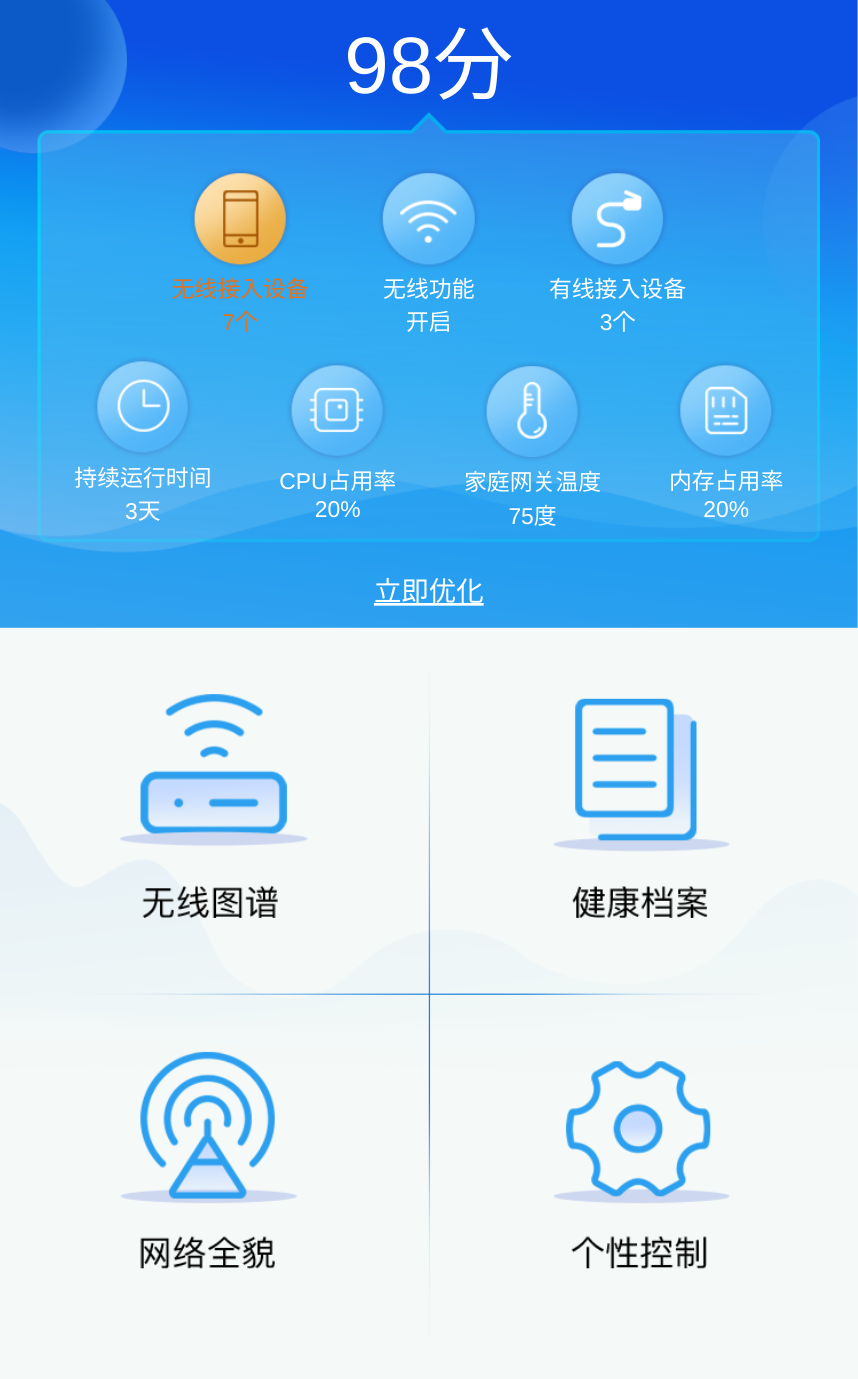
Repository: wangbiaozy/8.24
Page: index.html
An editor plug-in stored every save of this project. The page is shown before and after the next save, followed by the edit.
The browser window is 1280 px wide. The pictures show the whole page, at 67% of full size.

Above is the page before, as saved 2018-08-22 11:23:38.

### index.html
<!DOCTYPE html>
<html lang="en">
<head>
    <meta charset="UTF-8">
    <meta name="viewport"
          content="width=device-width, user-scalable=no, initial-scale=1.0, maximum-scale=1.0, minimum-scale=1.0">
    <title>Title</title>
    <link rel="stylesheet" href="css/reset.min.css">
    <link rel="stylesheet/less" href="css/styles.less">
    <script src="js/less-1.7.0.min.js"></script>
</head>
<body>
    <header>
        <div class="before">
            <a id="beforeBtn" href="javascript:void(0)"></a>
            <p>您的家庭网络已经<span>365</span>天没有体检了</p>
        </div>
        <div class="check">
            <div class="circle">
                <div class="progress">
                    <p><span>75</span>%</p>
                </div>
            </div>
            <ul class="message move">
                <li>测量设备温度</li>
                <li>获取CPU占用率</li>
                <li>检查无线模块是否开启</li>
            </ul>
            <div class="date">
                <p>已用时间</p>
                <p id="timeText">00:00:10</p>
            </div>
        </div>
        <div class="result">
            <p><span>98</span>分</p>
            <div>
                <ul>
                    <li class="act">
                        <span></span>
                        <p>无线接入设备</p>
                        <p>7个</p>
                    </li>
                    <li>
                        <span></span>
                        <p>无线功能</p>
                        <p>开启</p>
                    </li>
                    <li>
                        <span></span>
                        <p>有线接入设备</p>
                        <p>3个</p>
                    </li>
                </ul>
                <ul>
                    <li>
                        <span></span>
                        <p>持续运行时间</p>
                        <p>3天</p>
                    </li>
                    <li>
                        <span></span>
                        <p>CPU占用率</p>
                        <p>20%</p>
                    </li>
                    <li>
                        <span></span>
                        <p>家庭网关温度</p>
                        <p>75度</p>
                    </li>
                    <li>
                        <span></span>
                        <p>内存占用率</p>
                        <p>20%</p>
                    </li>
                </ul>
            </div>
            <p><a href="">立即优化</a></p>
        </div>
    </header>
    <section>
        <ul>
            <li>
                <a href=""></a>
            </li>
            <li>
                <a href=""></a>
            </li>
            <li>
                <a href=""></a>
            </li>
            <li>
                <a href=""></a>
            </li>
        </ul>
    </section>
</body>
</html>
<script src="js/jquery-1.10.1.min.js"></script>
<script src="js/circle-progress.min.js"></script>
<script src="js/index.js"></script>

### css/reset.min.css
@charset "utf-8";
/*默认样式清除和初始化*/
body,h1,h2,h3,h4,h5,h6,hr,p,blockquote,dl,dt,dd,ul,ol,li,button,input,textarea,th,td{margin:0;padding:0}body{font-size:12px;font-style:normal;font-family:"\5FAE\8F6F\96C5\9ED1",Helvetica,sans-serif}small{font-size:12px}h1{font-size:18px}h2{font-size:16px}h3{font-size:14px}h4,h5,h6{font-size:100%}ul,ol{list-style:none}a{text-decoration:none;background-color:transparent}a:hover,a:active{outline-width:0;text-decoration:none}table{border-collapse:collapse;border-spacing:0}hr{border:0;height:1px}img{border-style:none}img:not([src]){display:none}svg:not(:root){overflow:hidden}html{-webkit-touch-callout:none;-webkit-text-size-adjust:100%}input,textarea,button,a{-webkit-tap-highlight-color:rgba(0,0,0,0)}article,aside,details,figcaption,figure,footer,header,main,menu,nav,section,summary{display:block}audio,canvas,progress,video{display:inline-block}audio:not([controls]),video:not([controls]){display:none;height:0}progress{vertical-align:baseline}mark{background-color:#ff0;color:#000}sub,sup{position:relative;font-size:75%;line-height:0;vertical-align:baseline}sub{bottom:-0.25em}sup{top:-0.5em}button,input,select,textarea{font-size:100%;outline:0}button,input{overflow:visible}button,select{text-transform:none}textarea{overflow:auto}button,html [type="button"],[type="reset"],[type="submit"]{-webkit-appearance:button}button::-moz-focus-inner,[type="button"]::-moz-focus-inner,[type="reset"]::-moz-focus-inner,[type="submit"]::-moz-focus-inner{border-style:none;padding:0}button:-moz-focusring,[type="button"]:-moz-focusring,[type="reset"]:-moz-focusring,[type="submit"]:-moz-focusring{outline:1px dotted ButtonText}[type="checkbox"],[type="radio"]{box-sizing:border-box;padding:0}[type="number"]::-webkit-inner-spin-button,[type="number"]::-webkit-outer-spin-button{height:auto}[type="search"]{-webkit-appearance:textfield;outline-offset:-2px}[type="search"]::-webkit-search-cancel-button,[type="search"]::-webkit-search-decoration{-webkit-appearance:none}::-webkit-input-placeholder{color:inherit;opacity:.54}::-webkit-file-upload-button{-webkit-appearance:button;font:inherit}.clear:after{display:block;height:0;content:"";clear:both}
*{ -webkit-tap-highlight-color: rgba(0,0,0,0);-webkit-tap-highlight-color: transparent; /* For some Androids */ }

### js/index.js
(function (doc, win) {
    var docEl = doc.documentElement,
        resizeEvt = 'orientationchange' in window ? 'orientationchange' : 'resize',
        recalc = function () {
            var clientWidth = docEl.clientWidth;
            if (!clientWidth) return;
            docEl.style.fontSize = 100 * (clientWidth / 750) + 'px';
        };
    if (!doc.addEventListener) return;
    win.addEventListener(resizeEvt, recalc, false);
    doc.addEventListener('DOMContentLoaded', recalc, false);
})(document, window);
$(function () {

    //一键体检
    $('#beforeBtn').on('click',function(){
        $('.before').hide();
        $('.check').show();
        $('.progress').circleProgress({
            value: 1,
            size: 115,
            startAngle: Math.PI/2,
            thickness: 14,
            animation: {duration:12000},//进度条完成时间（ms）
            fill: {
                gradient: ["#32edfd"]
            },
            //circle-animation-start：	function(event)-event - jQ事件
            //circle-animation-progress：	function(event, animationProgress, stepValue)：-event - jQ事件 animationProgress - 从0.0到1.0stepValue - 当前的步长值，从0.0到value
            //circle-animation-end:	function(event)：-event - jQ事件
        }).on('circle-animation-progress', function (event, progress, stepValue) {
                $(this).find('span').html(parseInt(stepValue.toFixed(2) * 100));
        }).on('circle-animation-end',function(){
            $('.message').removeClass('move');
            stop();
            $('.check').hide();
            $('.result').show();
        });
        start();
        messageMove();
    });


    //检查项滚动
    var messageInnerText = '1111';
    function messageScroll(){
        $('.message').children('li:first-child').remove();
        $('.message').append('<li>'+messageInnerText+'</li>');
        if(!$('.message').hasClass('move')){
            window.clearInterval(timer);
        }
    }
    function messageMove(){
        timer = window.setInterval(messageScroll,500);
    }


    //检测时间
    var hour,minute,second;
    hour=minute=second=0;
    var millisecond=0;
    var int;
    function start(){
        int=setInterval(times,50);
    }
    function times(){
        millisecond=millisecond+50;
        if(millisecond>=1000){
            millisecond=0;
            second=second+1;
        }
        if(second>=60){
            second=0;
            minute=minute+1;
        }

        if(minute>=60){
            minute=0;
            hour=hour+1;
        }
      $('#timeText').text((hour<10?"0"+hour:hour)+':'+(minute<10?"0"+minute:minute)+':'+(second<10?"0"+second:second));
    }
    function stop(){
        window.clearInterval(int);
    }


    //查看详细清单下拉
    $('.arrow').on('click',function(){
        var $this = $(this),
            $listBox = $(this).siblings('div');
        $listBox.slideToggle("normal",function(){
            if($listBox.css('display') === 'block'){
                $this.addClass('act');
                $this.siblings('p').css('opacity','0');
            }else{
                $this.removeClass('act');
                $this.siblings('p').css('opacity','1');
            }
        });
    });



    //网关重启 WIFI开关 LED指示灯开关 查看黑名单
    $('#controlBox').on('click','a',function(){
        var $this = $(this);
        if($this.hasClass('off')){
            $this.removeClass('off');
        }else{
            $this.addClass('off');
        }
    });

    $('#look_blacklist').on('click',function(){
        var $blacklist = $('.blacklist');
        $blacklist.slideToggle('normal',function(){
            if($(this).css('display') === 'block'){
                $('#look_blacklist').addClass('act');
                $('.arrow_m').addClass('act');
            }else{
                $('#look_blacklist').removeClass('act');
                $('.arrow_m').removeClass('act');
            }
        });
    });
});

Loaded but not shown: js/less-1.7.0.min.js (library); js/jquery-1.10.1.min.js (library); js/circle-progress.min.js (library)

After the next save:
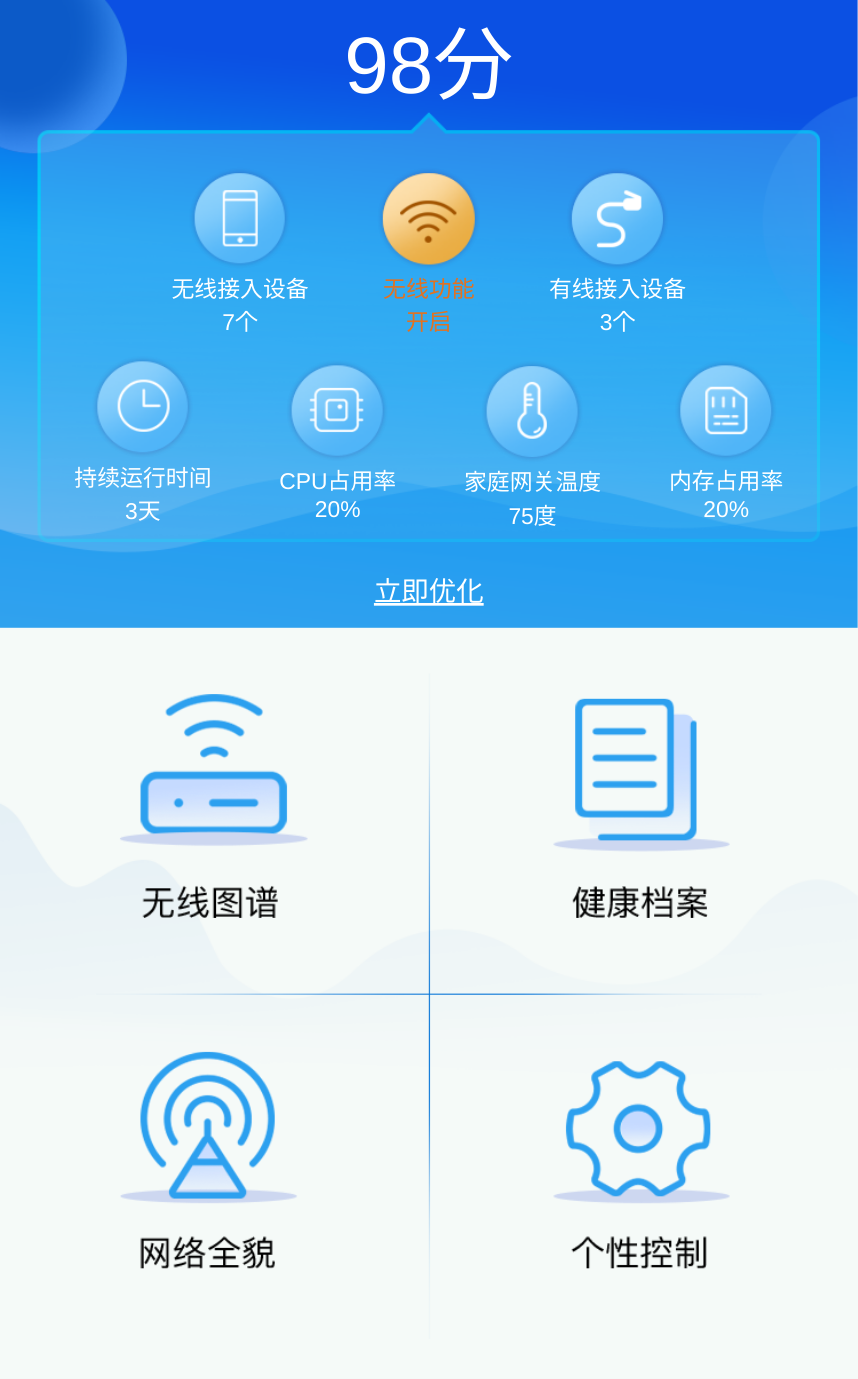
Saved 17 s later.
--- a/index.html
+++ b/index.html
@@ -35,12 +35,12 @@
             <p><span>98</span>分</p>
             <div>
                 <ul>
-                    <li class="act">
+                    <li>
                         <span></span>
                         <p>无线接入设备</p>
                         <p>7个</p>
                     </li>
-                    <li>
+                    <li class="act">
                         <span></span>
                         <p>无线功能</p>
                         <p>开启</p>
